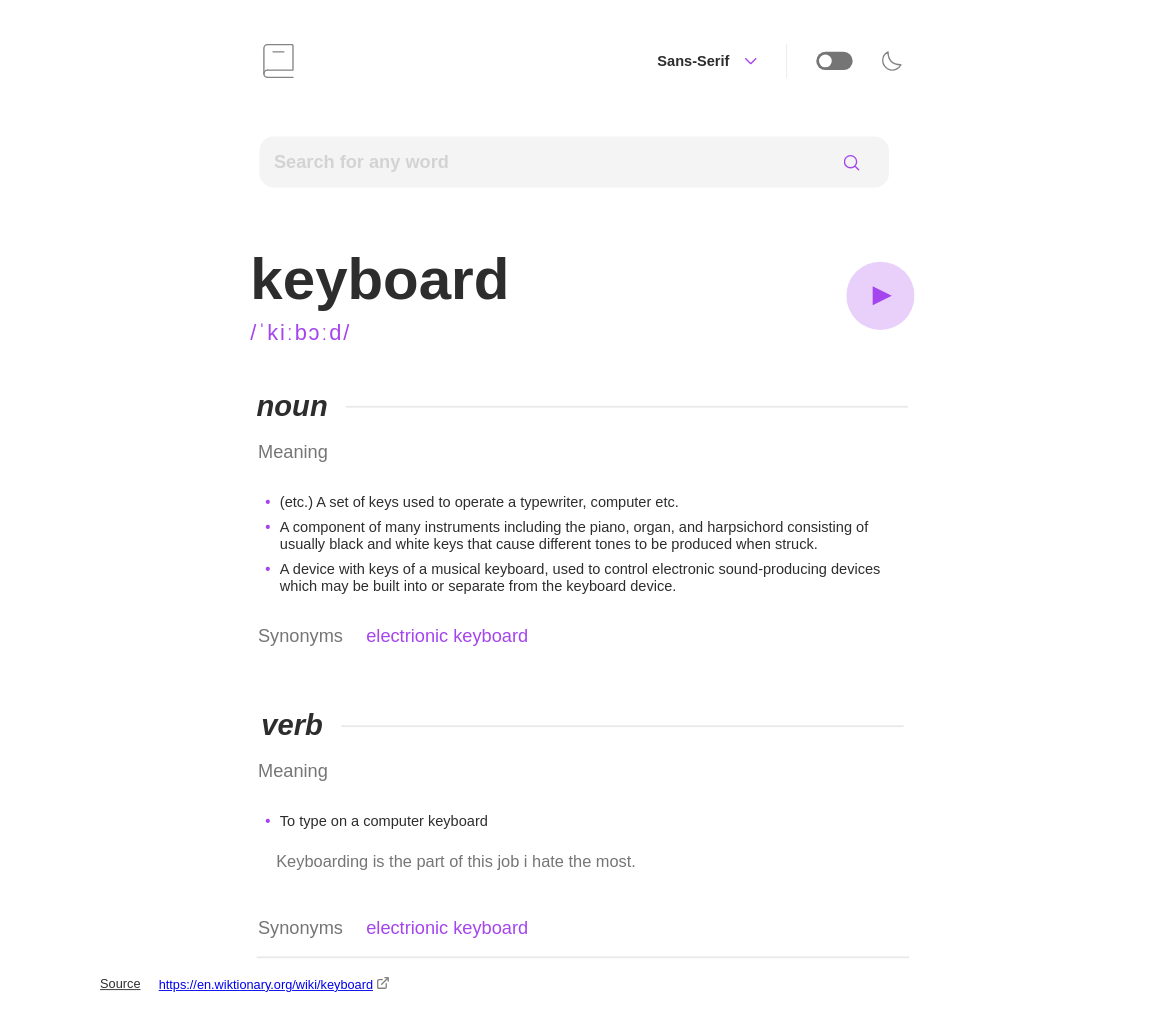
Repository: Arkitecth/dictionary-app
Page: index.html
These files come from the project's save history. The page is drawn as it stood at one moment and after the next save; the edit follows.
The browser window is 1280 px wide. The pictures show the whole page, at 91% of full size.

Above is the page before, as saved 2023-07-22 16:21:46.

### index.html
<!DOCTYPE html>
<html lang="en">
<head>
  <meta charset="UTF-8">
  <meta name="viewport" content="width=device-width, initial-scale=1.0">
  <link rel="stylesheet" href="styles.css">
  <title>Dictionary</title>
</head>
<body>

  <!-- Navigation -->
  <nav>
    <img src="assets/images/logo.svg" alt="logo">

    <div class="right">
      <div class="fonts">
        <p>Sans-Serif</p>
        <img class="arrow-down" src="assets/images/icon-arrow-down.svg" alt="icon-arrow-down">
        <div class="modal">
          <ul>
            <li>Sans-Serif</li>
            <li>Serif</li>
            <li>Mono</li>
          </ul>
        </div>

      </div>

      <div class="ruler"></div>

      <div class="togglers">
        <!-- Rounded switch -->
        <label class="switch">
          <input type="checkbox">
          <span class="slider round"></span>
        </label>
        <img class="moon" src="assets/images/icon-moon.svg" alt="moon-icon">
      </div>
    </div>
  </nav>


  <!-- Search Bar -->
  <section class="search">
    <label for="search-bar"></label>
    <input type="text" name="search-bar" id="search-bar" placeholder="Search for any word">
    <img src="assets/images/icon-search.svg" alt="search-icon" class="search-icon">
    <p class="empty">Whoops, cant be empty</p>
  </section>



  <main>
    <section class="word-view">
      <div class="word-group">
        <h1>keyboard</h1>
        <p>/ˈkiːbɔːd/</p>
      </div>
      <img class="icon-play" src="assets/images/icon-play.svg" alt="icon-play">
    </section>

    <div class="speech-part-group">
      <p class="speech-part">noun</p>
      <div class="grey-rule"></div>
    </div>

    <section class="description">
      <p>Meaning</p>
      <ul>
        <li>(etc.) A set of keys used to operate a typewriter, computer etc.</li>
        <li>A component of many instruments including the piano, organ, and harpsichord consisting of usually black and white keys that cause different tones to be produced when struck.</li>
        <li>A device with keys of a musical keyboard, used to control electronic sound-producing devices which may be built into or separate from the keyboard device.</li>
      </ul>
      <p class="synonymn">Synonyms <span>electrionic keyboard</span></p>

    </section>

    <div class="speech-part-group">
      <p class="speech-part">verb</p>
      <div class="grey-rule"></div>
    </div>

    <section class="description">
      <p>Meaning</p>
      <ul>
        <li>To type on a computer keyboard</li>
        <p class="example">Keyboarding is the part of this job i hate the most.</p>
      </ul>
      <p class="synonymn">Synonyms <span>electrionic keyboard</span></p>

    </section>

    <hr>


    <div class="source">
      <p>Source </p>
      <span>
        <a href="https://en.wiktionary.org/wiki/keyboard">https://en.wiktionary.org/wiki/keyboard</a>
        <img src="assets/images/icon-new-window.svg" alt="new-window">
      </span>

    </div>




  </main>

  <div class="not-found">
    <h1>😕</h1>
    <h2>No Definitions Found</h2>
    <p>Sorry pal, we couldn't find definitions for the word you were looking for. You can try the search again at later time or head to the web instead.</p>
  </div>


</body>
<script src="script.js"></script>
</html>

### styles.css
:root {
    --dark-grey: #757575;
    --purple:#a445ed;
    --light-grey:#f4f4f4;
    --dark-three:#2d2d2d;
    --lighter-grey:#e9e9e9;
    --pure-white:#ffffff;
    --dark-two: #1f1f1f;
    --dark-black:#050505;
    --red: #ff5252;
}
@import url('https://fonts.googleapis.com/css2?family=Inconsolata:wght@400;700&family=Inter:wght@400;700&family=Lora:ital,wght@0,700;1,400;1,700&display=swap');


* {
    margin: 0;
    padding: 0;
}





/* Main Styling */
body {
    max-width: 1100px;
    margin: 0 auto;
    font-family: Sans-Serif;
    background-color: var(--pure-white);
    color: var(--dark-three);
}


/* Light Styling */

/* Nav Styling */
nav {
    display: flex;
    justify-content: space-around;
    margin-top: 3rem;
}

.right {
    display: flex;
    gap: 2rem;
    position: relative;
}

.fonts {
    display: flex;
    gap: 1rem;
    align-items: center;
    font-weight: 600;
}

.arrow-down {
    cursor: pointer;
}

.ruler {
    width: 1px;
    background-color: #e9e9e9;
}

.togglers {
    display: flex;
    gap: 2rem;
    align-items: center;
}



/* The switch - the box around the slider */
.switch {
  position: relative;
  display: inline-block;
  width: 40px;
  height: 20px;
}

/* Hide default HTML checkbox */
.switch input {
  opacity: 0;
  width: 0;
  height: 0;
}

/* The slider */
.slider {
  position: absolute;
  cursor: pointer;
  top: 0;
  left: 0;
  right: 0;
  bottom: 0;
  background-color: var(--dark-grey);
  -webkit-transition: .4s;
  transition: .4s;
}

.slider:before {
  position: absolute;
  content: "";
  height: 14px;
  width: 14px;
  left: 3px;
  bottom: 3px;
  background-color: white;
  -webkit-transition: .4s;
  transition: .4s;
}

input:checked + .slider {
  background-color: var(--purple)
}

input:focus + .slider {
  box-shadow: 0 0 1px var(--purple)
}

input:checked + .slider:before {
  -webkit-transform: translateX(20px);
  -ms-transform: translateX(20px);
  transform: translateX(20px);
}

/* Rounded sliders */
.slider.round {
  border-radius: 34px;
}

.slider.round:before {
  border-radius: 50%;
}



/* Search */

.search {
    text-align: center;
    margin-top: 4rem;
    display: flex;
    justify-content: center;
    position: relative;
}

input[type="text"] {
    width:60%;
    height: 1.5rem;
    padding: 1rem;
    border-radius: 16px;
    border: none;
    background-color: var(--light-grey);
    outline: none;
    font-size: 20px;
    font-weight: 700;

}

input[type="text"]:active,
input[type="text"]:focus {
    border: 1px solid var(--purple);
}


input[type="text"]::placeholder {
    opacity: 0.25;
}

.search-icon {
    transform: translate(-50px,1px);
    text-align: center;
}



/* Word View */

.word-view {
    text-align: center;
    margin-top: 4rem;
    display: flex;
    justify-content: space-around;
}
.word-group h1 {
    font-size: 4rem;
}

.word-group p {
    text-align: left;
    font-size: 1.5rem;
    color: var(--purple);
    font-weight: 400;
    padding-top: 0.5rem;
    letter-spacing: 2px;
}


/* Speech Part(noun, pronoun, verb) */
.speech-part-group {
    display: flex;
    justify-content: center;
    align-items: center;
    gap: 20px;
    margin-top: 3rem;
}
.speech-part {
    text-align: left;
    font-size: 2rem;
    font-weight: 700;
    font-style: italic;
}
.grey-rule {
    border: 1px solid var(--lighter-grey);
    height: 0;
    width: 56%;
}

/* Description */
.description {
    /* width: fit-content;
    margin: 0 auto;
    margin-top: 2rem; */
    width: 65%;
    /* margin-left: 17.5%; */
    margin: 0 auto;
}


.description p {
    color: var(--dark-grey);
    text-align: left;
    font-size: 1.25rem;
    padding: 20px 1px;

}

ul {
    text-align: left;
    padding: 10px 20px;
    list-style: none;
}
.description ul li::before {
    content: "\2022";
    width: 1rem;
    font-weight: bold;
    display: inline-block;
    margin-left: -1em;
    color: var(--purple);
}
.description ul li{
    padding: 5px;
}
.synonymn span {
    color: var(--purple);
    padding: 0 20px;
}

hr {
    text-align: center;
    margin: 0 auto;
    width: 65%;
    border: 1px solid var(--lighter-grey);
}

.description ul p {
    font-size: 18px;
}

.source {
    display: flex;
    padding: 20px 0;
    font-size: 14px;
}

.source p {
    padding: 0 20px;
    text-decoration: underline;
}


/* Dynamic Styles */

.modal {
    background-color: var(--pure-white);
    padding: 20px;
    border-radius: 15px;
    position: absolute;
    top: 30px;
    left: -60px;
    box-shadow: 5px 5px 5px darkgray;
    display: none;
    z-index: 1;
}
.modal ul{
    list-style: none;
}

.modal ul li {
    padding: 10px;
    cursor: pointer;
}

.modal ul li:hover {
    color: var(--purple);
}

.display {
    display: block !important;
}

.empty {
    color: var(--red);
    position: absolute;
    top: 60px;
    left: 200px;
    display: none;
}
.error {
    border: 1px solid var(--red) !important;
}

.not-found {
    display: flex;
    flex-direction: column;
    gap: 30px;
    width: 50%;
    text-align: center;
    margin: 10% auto;
    display: none;

}
.flex-display {
    display: flex;
}

.not-found h1 {
    font-size: 64px;
}

.not-found h2 {
    font-size: 20px;
}

.not-found p {
    color: var(--dark-grey);
    font-family: 'Inter';
    line-height: 24px;
}


/* Dark Styles */
body.dark {
    background-color: var(--dark-black);
    color: var(--pure-white);
}

.moon.dark {
    filter: invert(34%) sepia(48%) saturate(6181%) hue-rotate(260deg) brightness(99%) contrast(87%);
}

.modal.dark {
    box-shadow: 0px 0px 20px var(--purple);
    background-color: var(--dark-two);
}

input[type="text"].dark {
    background-color: var(--dark-two);
    color: var(--pure-white);
}




/* Mobile Styels */

@media screen and (max-width:375px) {

    input[type="text"] {
        width: 327px;
    }
    .search {
        margin-left: 10px;
    }

    .word-group h1 {
        font-size: 32px;
    }

    .icon-play {
        width: 48px;
    }

    .description {
        width: 275px;
    }

    .speech-part {
        font-size: 18px;
    }

    .description p {
        font-size: 16px;
    }

    .empty {
        left: 0;
    }
}

@media screen and (min-width:580px) and (max-width:768px) {
    nav {
        justify-content: space-between;
        padding: 20px;
    }
    input[type="text"] {
        width: 689px;
    }

    .word-view {
        justify-content: space-between;
        padding: 20px;
    }

    .speech-part-group {
        justify-content: space-between;
        padding: 20px;
    }

    .speech-part {
        text-align: left;
        font-size: 24px;
    }
    .grey-rule {
        border: 1px solid var(--lighter-grey);
        height: 0;
        width: 608px;
    }
    .description {
        text-align: left;
        margin: 0;
        width: 500px;
        padding: 20px;
    }
    .empty {
        left: 0;
    }


}

### script.js
class App {
    constructor() {
        this._body = document.querySelector("body");
        this._arrowDown = document.querySelector(".arrow-down");
        this._modal = document.querySelector(".modal");
        this._font = document.querySelector(".right .fonts p");
        this._slider = document.querySelector(".slider");
        this._moon = document.querySelector(".moon");
        this._text = document.querySelector("input[type='text']");
        this._ui = new UI(this._body, this._arrowDown, this._modal, this._font, this._moon, this._text);
    }

    run() {
        this._arrowDown.addEventListener("click", () => {
            this._ui.arrowDownModal();
        })

        // Switch Fonts -> Select List Items in Modal View
        document.querySelectorAll('.modal ul li').forEach((element) => {
            element.addEventListener("click", () => {
                this._ui.switchFonts(element);
            })
        })

        this._slider.addEventListener('click', this._ui.toggleDark.bind(this._ui))

        this._text.addEventListener('keypress', (e) => {
            if(e.key === "Enter") {
                if(this._text.value === "") {
                    this._ui.showTextErrorMessage();
                } else {
                    this._ui.hideTextErrorMessage();
                }
            }
        })
    }
}

class UI {
    constructor(body, arrowDown, modal, font, moon, text) {
        this.body = body
        this.arrowDown = arrowDown;
        this.modal = modal;
        this.font = font;
        this.moon = moon;
        this.text = text;
    }

    arrowDownModal() {
        this.modal.classList.toggle("display");
   }

   showTextErrorMessage() {
    this.text.classList.add('error');
    document.querySelector('.empty').classList.add('display');
   }

   hideTextErrorMessage() {
    this.text.classList.remove('error');
    document.querySelector('.empty').classList.remove('display');
   }

   toggleDark() {
    this.body.classList.toggle('dark');
    this.moon.classList.toggle('dark');
    this.text.classList.toggle('dark');
    this.modal.classList.toggle('dark');
   }

   switchFonts(element) {
    this.font.textContent = element.textContent;
    this.body.style.fontFamily = element.textContent;
    if(element.textContent === "Mono") {
        this.body.style.fontFamily = "MonoSpace";
    }
   }

}

class DataHandler {

}

const app = new App();
app.run();

After the next save:
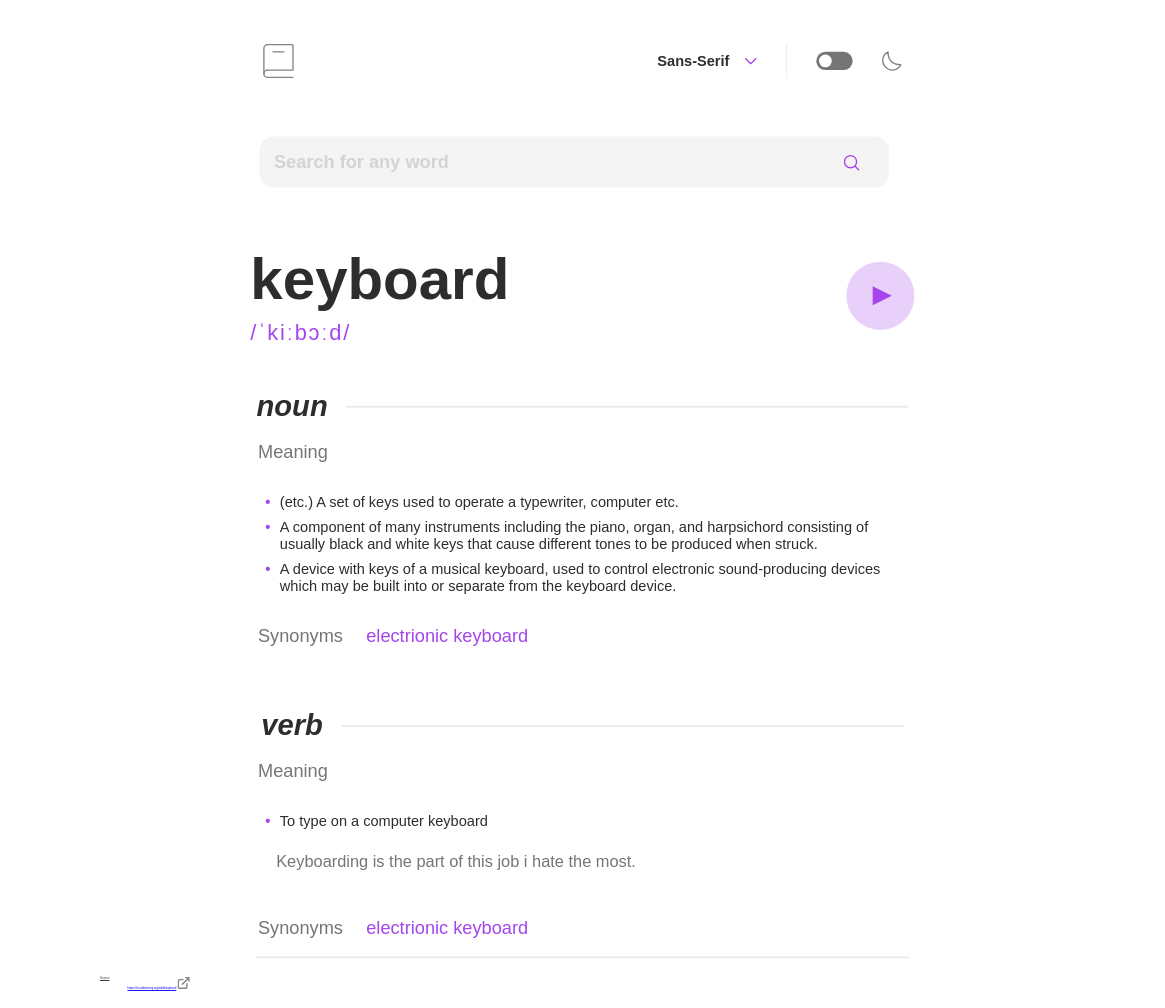
Saved 9 s later.
--- a/styles.css
+++ b/styles.css
@@ -271,7 +271,7 @@
 .source {
     display: flex;
     padding: 20px 0;
-    font-size: 14px;
+    font-size: 0.20rem;
 }
 
 .source p {
